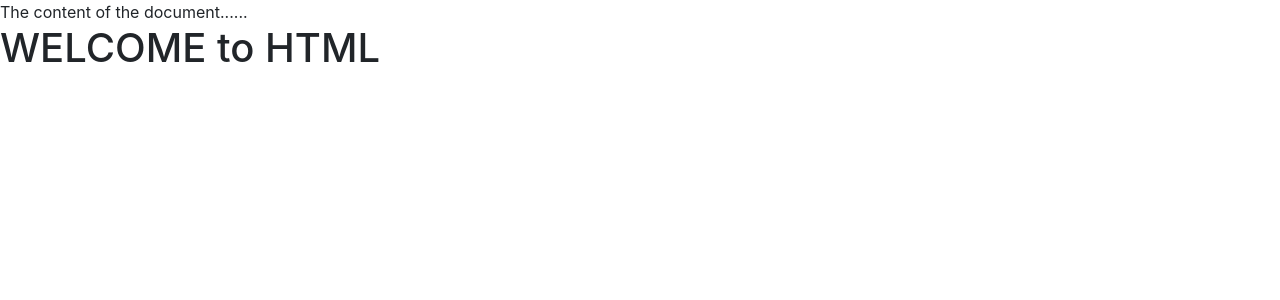
Repository: Green-Technologies-Angular/HTML
Page: index.html
An editor plug-in stored every save of this project. The page is shown before and after the next save, followed by the edit.
The browser window is 1280 px wide. The pictures show the whole page.
Some web libraries are served in a nearby version.

Above is the page before, as saved 2019-01-29 10:05:40.

### index.html
<!DOCTYPE html>
<html>
<head>
<title>Title of the document</title>
<link rel="stylesheet" href="https://stackpath.bootstrapcdn.com/bootstrap/4.2.1/css/bootstrap.min.css" integrity="sha384-GJzZqFGwb1QTTN6wy59ffF1BuGJpLSa9DkKMp0DgiMDm4iYMj70gZWKYbI706tWS" crossorigin="anonymous">
</head>

<body>
The content of the document......
<h1>WELCOME to HTML</h1>

<script src="https://code.jquery.com/jquery-3.3.1.slim.min.js" integrity="sha384-q8i/X+965DzO0rT7abK41JStQIAqVgRVzpbzo5smXKp4YfRvH+8abtTE1Pi6jizo" crossorigin="anonymous"></script>
<script src="https://cdnjs.cloudflare.com/ajax/libs/popper.js/1.14.6/umd/popper.min.js" integrity="sha384-wHAiFfRlMFy6i5SRaxvfOCifBUQy1xHdJ/yoi7FRNXMRBu5WHdZYu1hA6ZOblgut" crossorigin="anonymous"></script>
<script src="https://stackpath.bootstrapcdn.com/bootstrap/4.2.1/js/bootstrap.min.js" integrity="sha384-B0UglyR+jN6CkvvICOB2joaf5I4l3gm9GU6Hc1og6Ls7i6U/mkkaduKaBhlAXv9k" crossorigin="anonymous"></script>
</body>

</html>

After the next save:
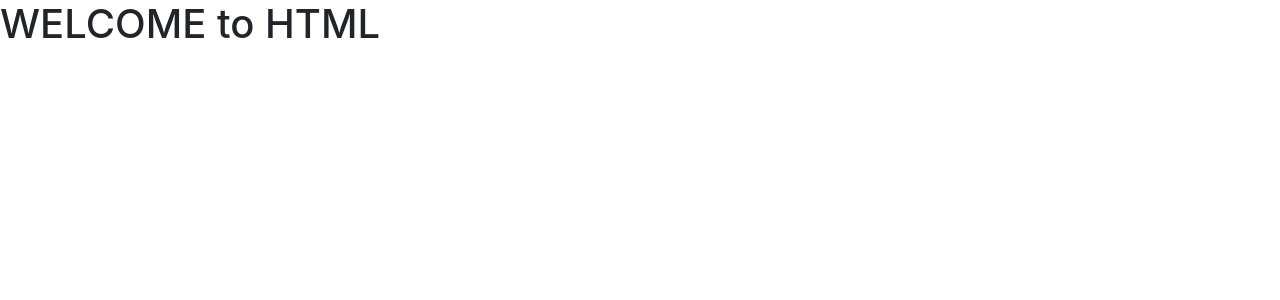
Saved 5 min 5 s later.
--- a/index.html
+++ b/index.html
@@ -6,7 +6,6 @@
 </head>
 
 <body>
-The content of the document......
 <h1>WELCOME to HTML</h1>
 
 <script src="https://code.jquery.com/jquery-3.3.1.slim.min.js" integrity="sha384-q8i/X+965DzO0rT7abK41JStQIAqVgRVzpbzo5smXKp4YfRvH+8abtTE1Pi6jizo" crossorigin="anonymous"></script>
